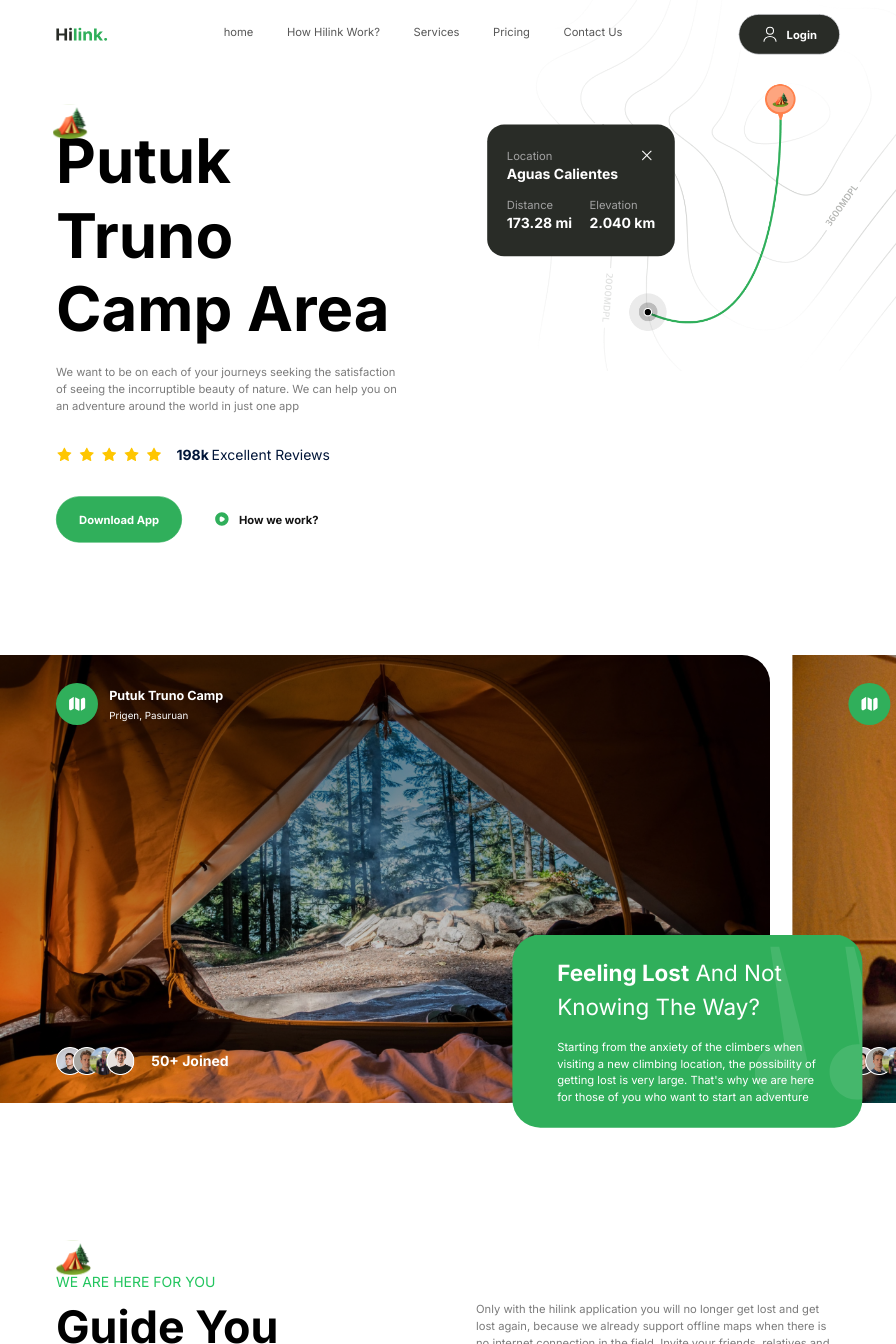
Repository: abdulrahmanmahmood/Travel-App
Page: /
An editor plug-in stored every save of this project. The page is shown before and after the next save, followed by the edit.
The browser window is 1280 px wide. The pictures show the part of the page from y = 0 to 1920 px (the page is 4955 px tall before and 4975 px after), at 70% of full size.
The project was rebuilt for these pictures with package versions that can differ from the ones it lists, and the page was loaded fresh each time. The framework's server and built-in components were replaced by stand-ins that run in the browser. Also part of the build but not shown: next.config.js.

Above is the page before, as saved 2023-11-10 10:47:36.

After the next save:
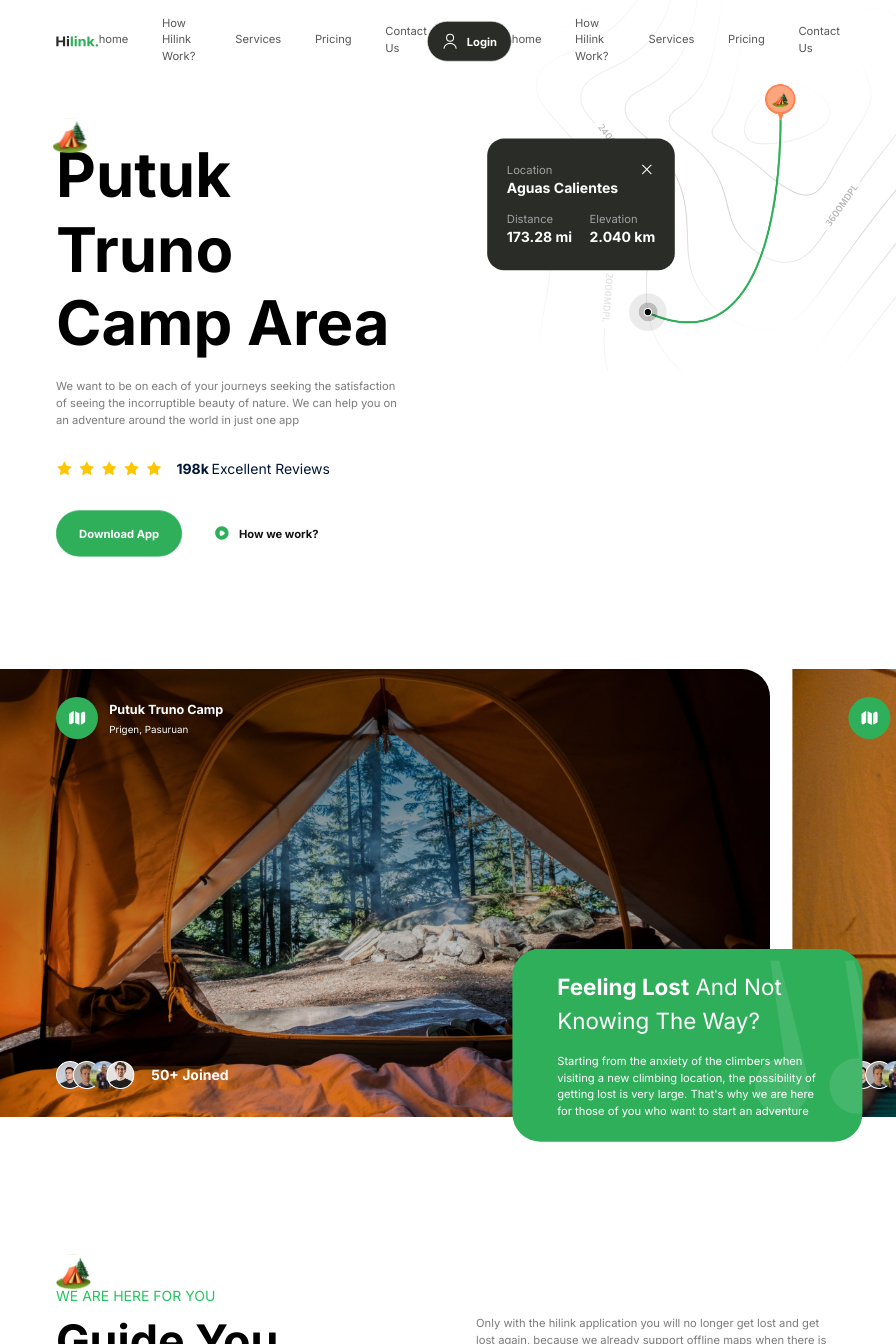
Saved 5 s later.
--- a/components/Navbar.tsx
+++ b/components/Navbar.tsx
@@ -38,7 +38,17 @@
         height={32}
         className="inline-block cursor-pointer lg:hidden"
       />
-
+            <ul className="hidden h-full gap-12 lg:flex">
+        {NAV_LINKS.map((link) => (
+          <Link
+            href={link.href}
+            key={link.key}
+            className="regular-16 text-gray-50 flexCenter cursor-pointer pb-1.5 transition-all hover:font-bold"
+          >
+            {link.label}
+          </Link>
+        ))}
+      </ul>
     </nav>
   );
 };

After the 2 saves that followed:
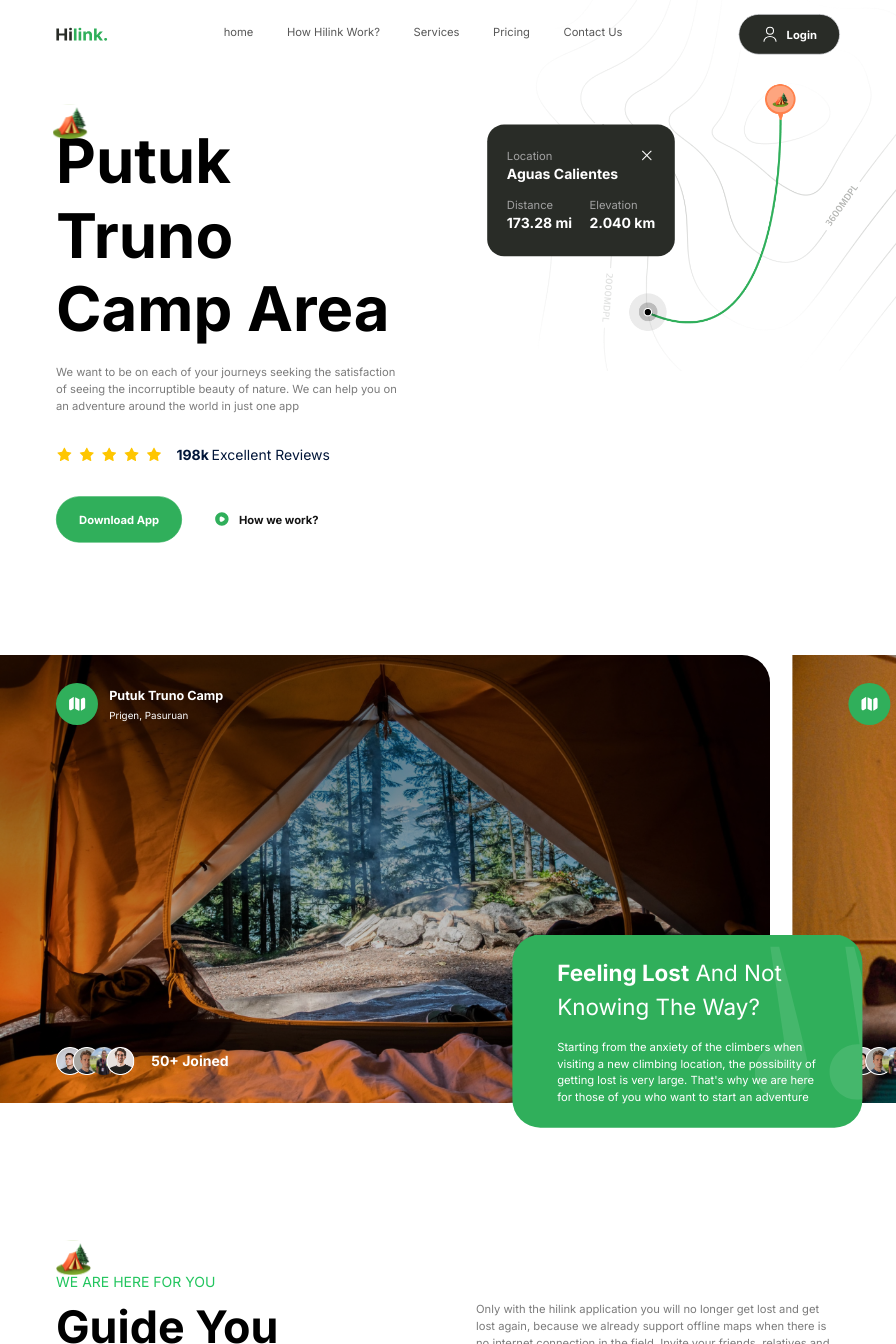
The 2 saves are shown as one change because 1 left the picture as it was.
The last was saved 14 s later.
--- a/components/Navbar.tsx
+++ b/components/Navbar.tsx
@@ -38,7 +38,7 @@
         height={32}
         className="inline-block cursor-pointer lg:hidden"
       />
-            <ul className="hidden h-full gap-12 lg:flex">
+      <ul className="hidden h-full gap-12 ">
         {NAV_LINKS.map((link) => (
           <Link
             href={link.href}
